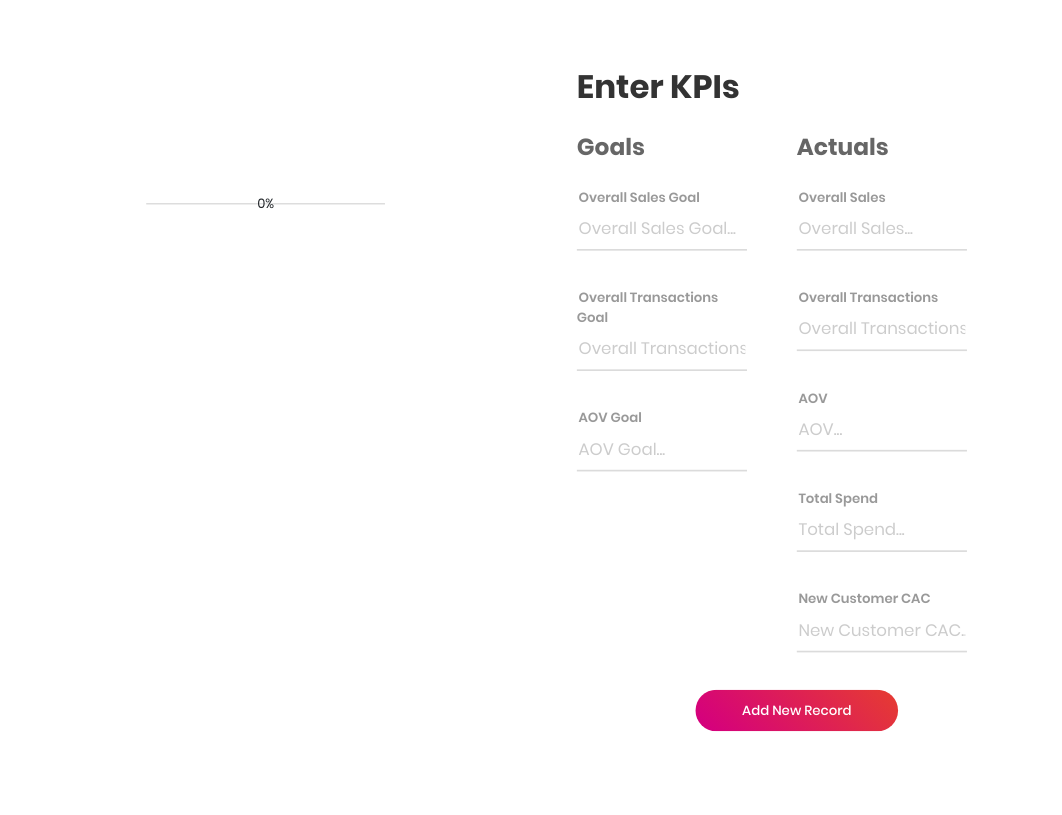
Repository: jameyel/kpi-entry
Page: index.html
An editor plug-in stored every save of this project. The page is shown before and after the next save, followed by the edit.
The browser window is 1280 px wide. The pictures show the whole page, at 83% of full size.

Above is the page before, as saved 2018-12-10 10:25:15.

After the next save:
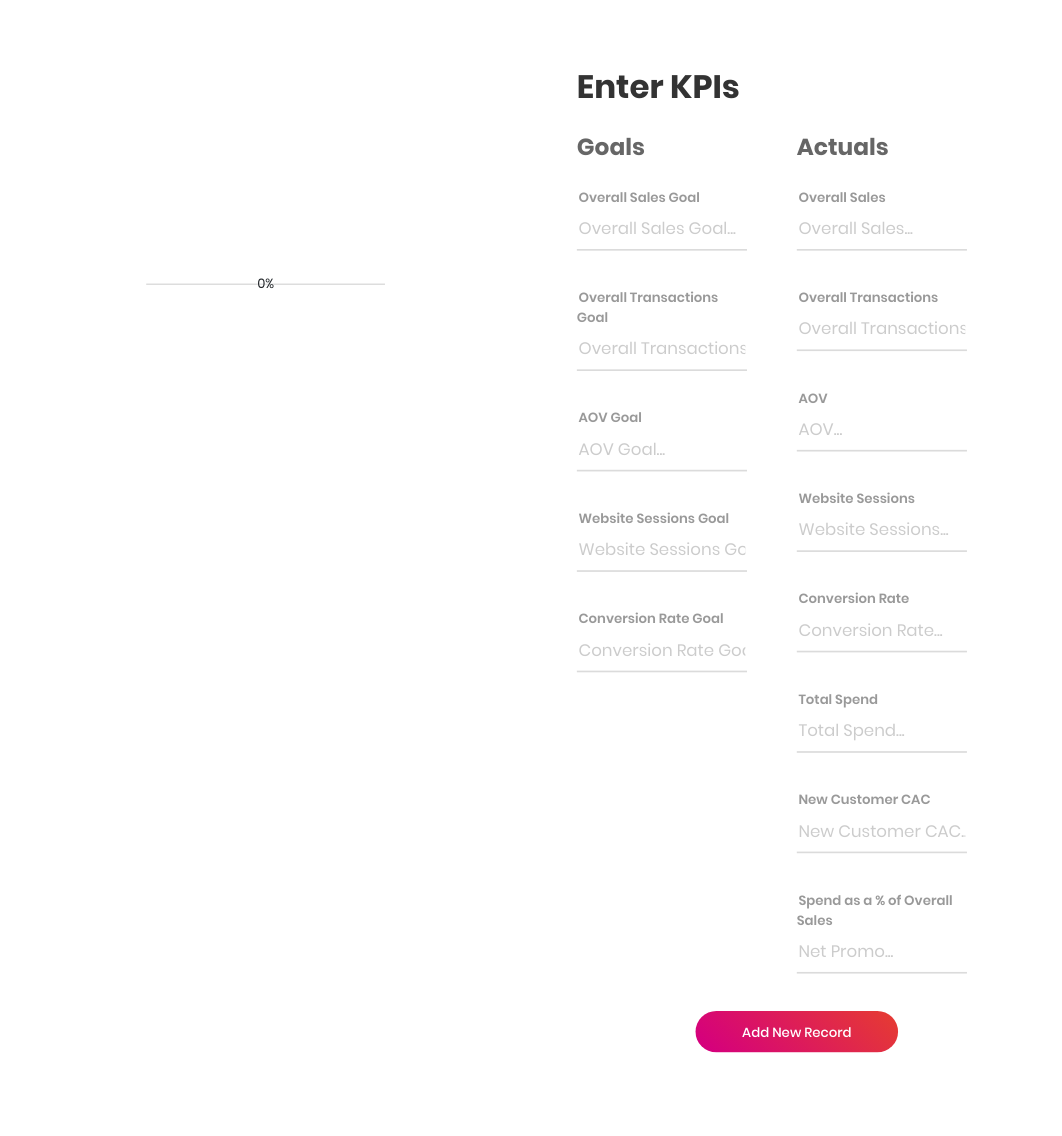
Saved 14 min 50 s later.
--- a/index.html
+++ b/index.html
@@ -147,6 +147,34 @@
                 />
                 <span class="focus-input100"></span>
               </div>
+
+              <div
+                class="wrap-input100 validate-input"
+                data-validate="Website Sessions Goal is required: 123456"
+              >
+                <span class="label-input100">Website Sessions Goal</span>
+                <input
+                  class="input100"
+                  type="text"
+                  name="web_sessions_goal"
+                  placeholder="Website Sessions Goal..."
+                />
+                <span class="focus-input100"></span>
+              </div>
+
+              <div
+                class="wrap-input100 validate-input"
+                data-validate="Conversion Rate Goal is required: 1.23"
+              >
+                <span class="label-input100">Conversion Rate Goal</span>
+                <input
+                  class="input100"
+                  type="text"
+                  name="conv_rate_goal"
+                  placeholder="Conversion Rate Goal..."
+                />
+                <span class="focus-input100"></span>
+              </div>
             </div>
 
             <div class="kpi100-form-section">
@@ -195,6 +223,34 @@
 
               <div
                 class="wrap-input100 validate-input"
+                data-validate="Website Sessions is required: 123456"
+              >
+                <span class="label-input100">Website Sessions</span>
+                <input
+                  class="input100"
+                  type="text"
+                  name="web_sessions"
+                  placeholder="Website Sessions..."
+                />
+                <span class="focus-input100"></span>
+              </div>
+
+              <div
+                class="wrap-input100 validate-input"
+                data-validate="Conversion Rate is required: 1.23"
+              >
+                <span class="label-input100">Conversion Rate</span>
+                <input
+                  class="input100"
+                  type="text"
+                  name="conv_rate"
+                  placeholder="Conversion Rate..."
+                />
+                <span class="focus-input100"></span>
+              </div>
+
+              <div
+                class="wrap-input100 validate-input"
                 data-validate="Total Spend is required: 123456"
               >
                 <span class="label-input100">Total Spend</span>
@@ -217,6 +273,22 @@
                   type="text"
                   name="new_cust_cac"
                   placeholder="New Customer CAC..."
+                />
+                <span class="focus-input100"></span>
+              </div>
+
+              <div
+                class="wrap-input100 validate-input"
+                data-validate="Net promo is required: 12.34"
+              >
+                <span class="label-input100"
+                  >Spend as a % of Overall Sales</span
+                >
+                <input
+                  class="input100"
+                  type="text"
+                  name="spend_vs_sales"
+                  placeholder="Net Promo..."
                 />
                 <span class="focus-input100"></span>
               </div>
